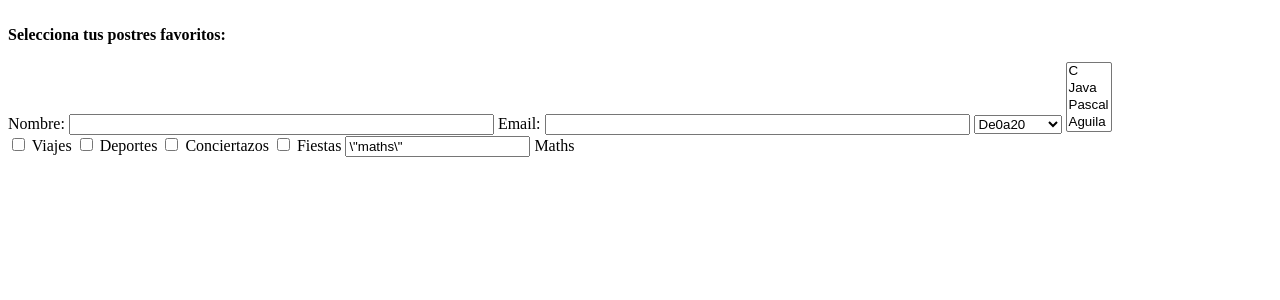
Repository: ebaglio/trabajophp
Page: http://localhost/ejercicioformularios.php
An editor plug-in stored every save of this project. The page is shown before and after the next save, followed by the edit.
The browser window is 1280 px wide. The pictures show the whole page.
The page is run by PHP 8.4 with error messages shown; the project is at /var/www/html/.

Above is the page before, as saved 2012-05-04 10:31:25.

### curso1/ejercicioformularios.php
<html>
<head>
        <title>Formulario datos personales</title>
<head>
<body>
 <br />
<b>Selecciona tus postres favoritos:</b><br /><br />
<form method="post" action="<?= $_SERVER['PHP_SELF'] ?>">
<td>Nombre:</td><td> <input type=\"text\" name=\"name\" size=50></td>
<td>Email:</td><td> <input type=\"text\" name=\"name\" size=50></td>
<tr>
<select name=\"Edad\">
        <option value=\"De0a20\" selected>De0a20</option>
    <option value=\"De 20 a 60\">De 20 a 60</option>
    </select>
</tr>
<tr>
	  <select multiple name=\"lenguajes[]\">
   <option value=\"C\">C</option>
   <option value=\"Java\">Java</option>
   <option value=\"Pascal\">Pascal</option>
   <option value=\"Aguila\">Aguila</option>
</select><br>
</tr>
<tr>
	<input type="checkbox" name="viajes" value="on" /> Viajes
	<input type="checkbox" name="deportes" value="on" /> Deportes
	<input type="checkbox" name="conciertazos" value="on" /> Conciertazos
	<input type="checkbox" name="fiestas" value="on" /> Fiestas
</tr>


<input type=\"radio\" name=\"subject\" value=\"maths\" /> Maths

</form>

<?php
if (isset($_POST['postre']))
{
   $postre = $_POST['postre'];
   $n        = count($postre);
   $i        = 0;

   echo "Tus postres favoritos son: rn" .
                "<ol>";
   while ($i < $n)
   {
          echo "<li>{$postre[$i]}</li> rn";
          $i++;
   }
   echo "</ol>";
}
?>

</body>
</html>

After the next save:
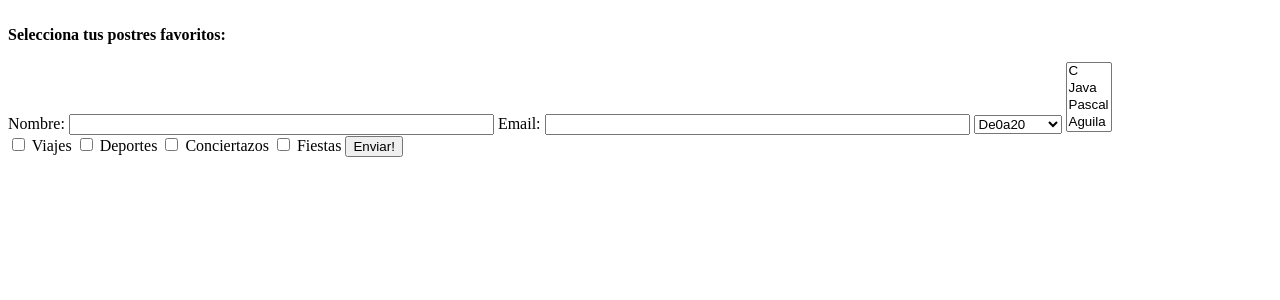
Saved 95 s later.
--- a/curso1/ejercicioformularios.php
+++ b/curso1/ejercicioformularios.php
@@ -28,9 +28,7 @@
 	<input type="checkbox" name="conciertazos" value="on" /> Conciertazos
 	<input type="checkbox" name="fiestas" value="on" /> Fiestas
 </tr>
-
-
-<input type=\"radio\" name=\"subject\" value=\"maths\" /> Maths
+<input name="send" type="submit" id="send" value="Enviar!">
 
 </form>
 
